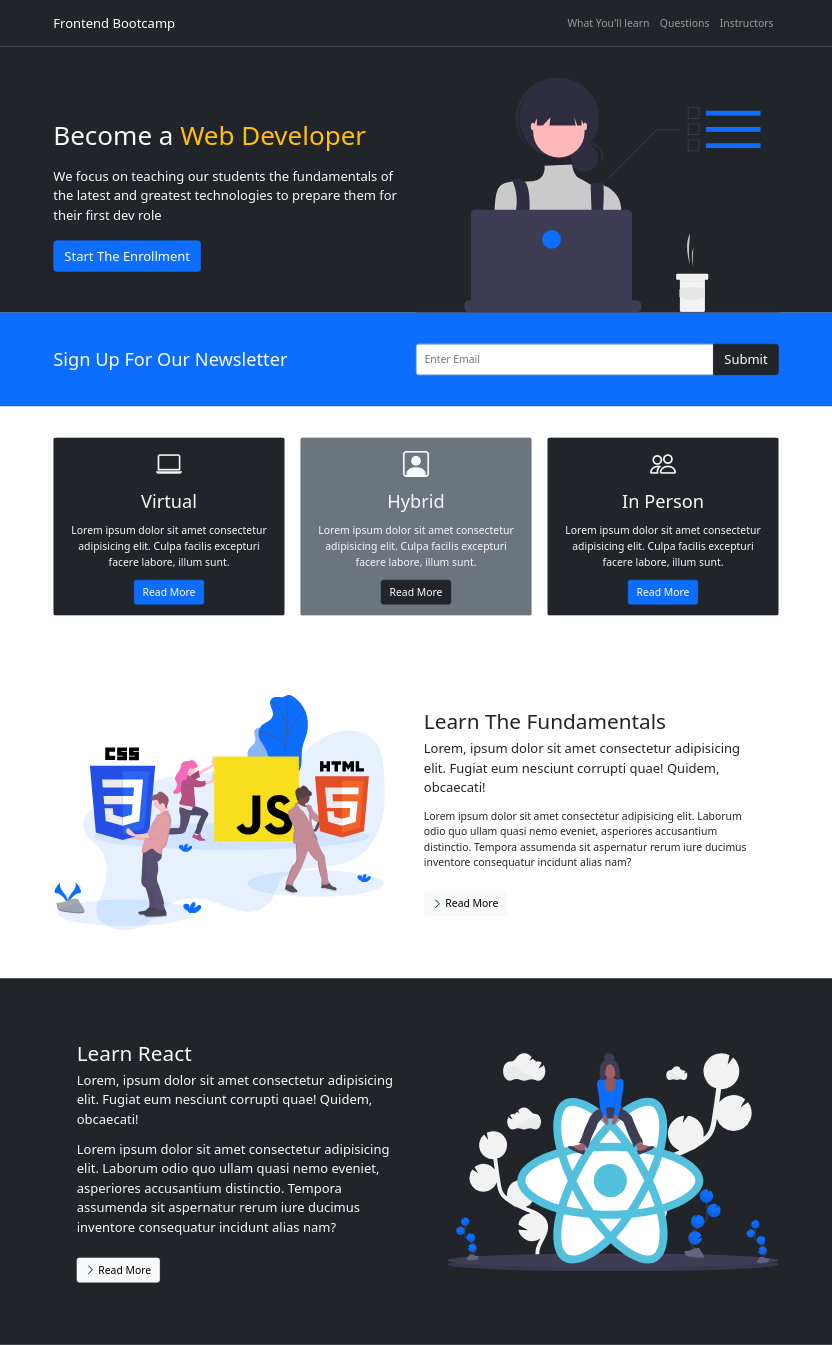
Repository: Marhamat92/Bootstrap5-Responsive-Website-
Page: index.html
The author's editor kept a copy of each file at every save. The page is drawn from the files as they stood at one save, then again after the next save.
The browser window is 1280 px wide. The pictures show the whole page, at 65% of full size.
Some web libraries are served in a nearby version.

Above is the page before, as saved 2021-09-18 17:48:56.

After the next save:
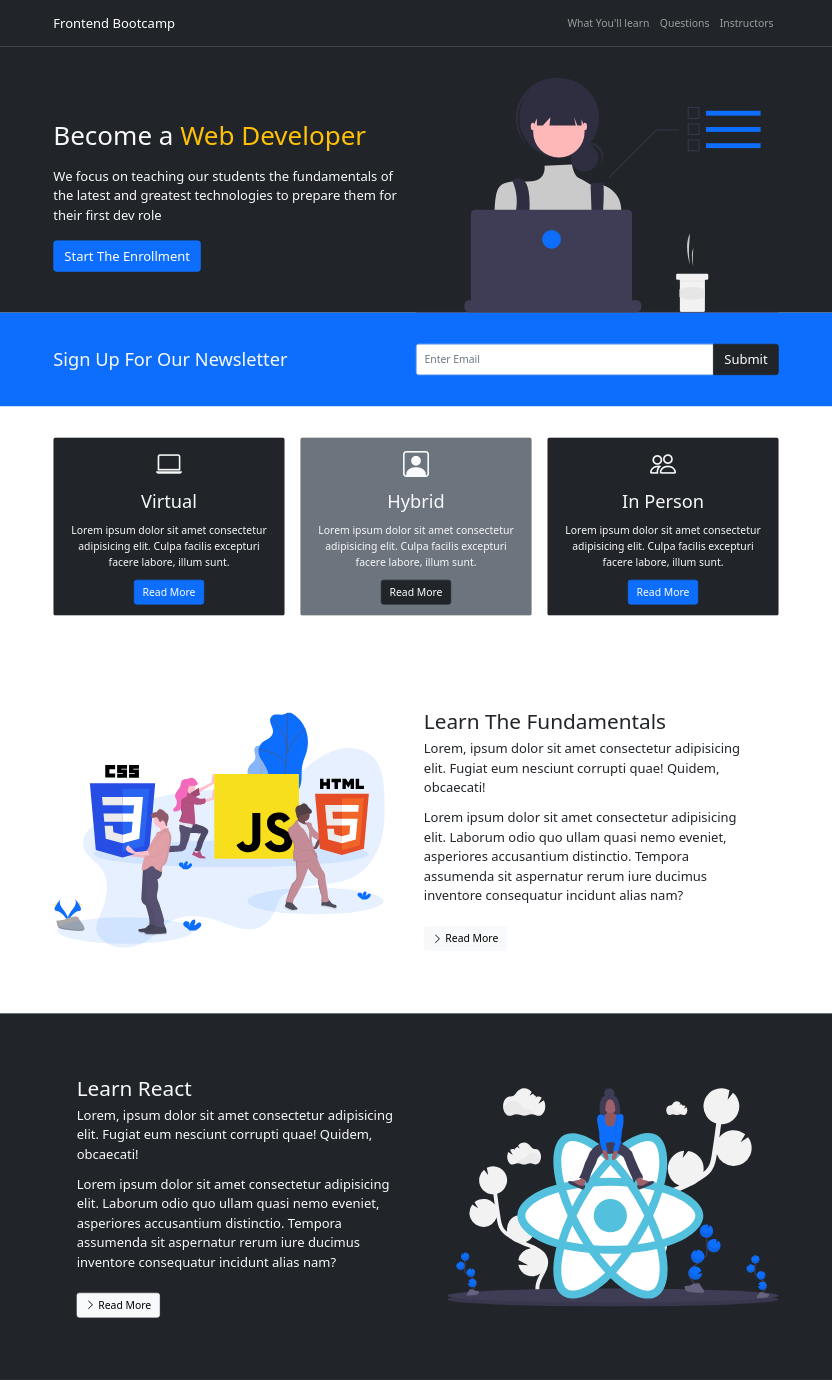
Saved 2 min 11 s later.
--- a/index.html
+++ b/index.html
@@ -132,7 +132,7 @@
                         Lorem, ipsum dolor sit amet consectetur adipisicing elit. Fugiat eum nesciunt corrupti quae!
                         Quidem, obcaecati!
                     </p>
-                    <p>Lorem ipsum dolor sit amet consectetur adipisicing elit. Laborum odio quo ullam quasi nemo eveniet, asperiores accusantium distinctio. Tempora assumenda sit aspernatur rerum iure ducimus inventore consequatur incidunt alias nam?</p>
+                    <p class="lead">Lorem ipsum dolor sit amet consectetur adipisicing elit. Laborum odio quo ullam quasi nemo eveniet, asperiores accusantium distinctio. Tempora assumenda sit aspernatur rerum iure ducimus inventore consequatur incidunt alias nam?</p>
                     <a href="#" class="btn btn-light mt-3"><i class="bi bi-chevron-right"></i> Read More</a>
                 </div>
             </div>
